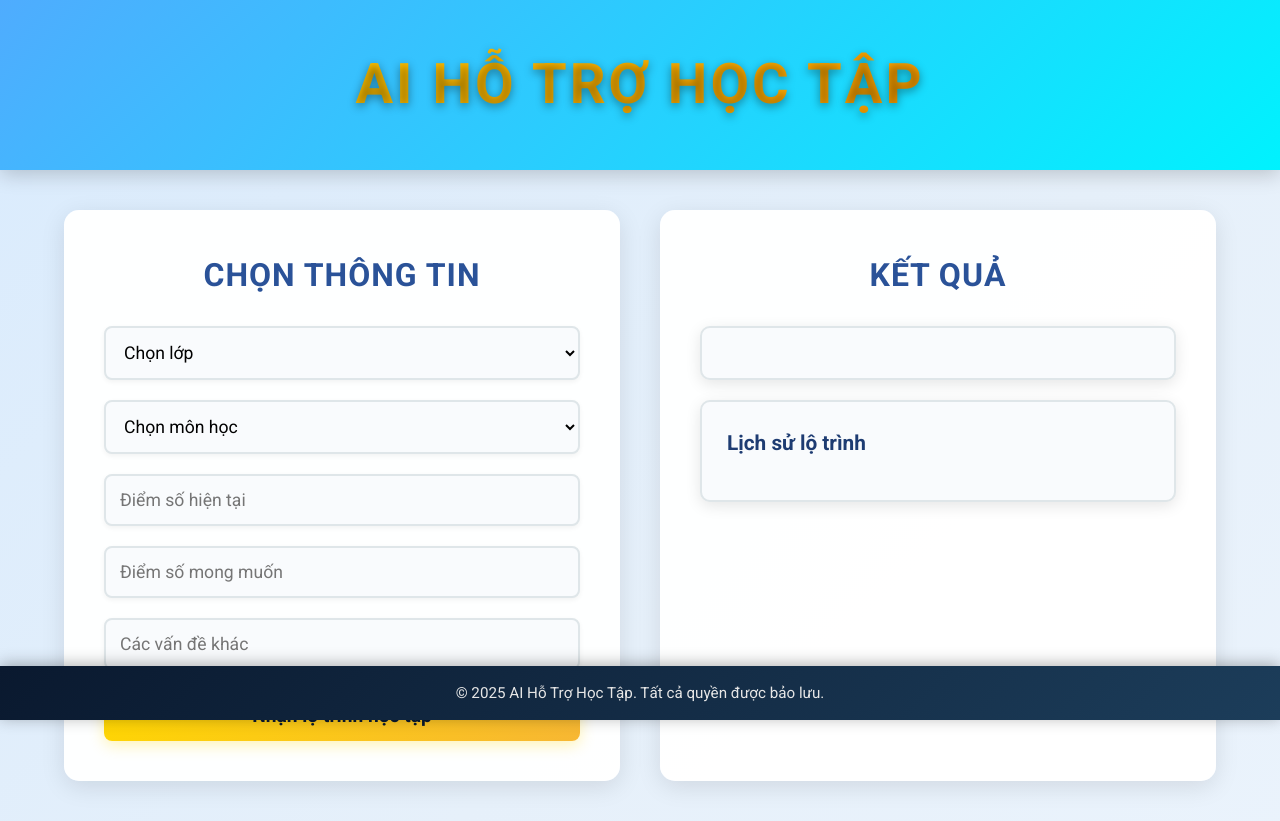
Repository: quankenda73/Prject_Final
Page: INDEX/lotrinhhoctap.html
These files come from the project's save history. The page is drawn as it stood at one moment and after the next save; the edit follows.
The browser window is 1280 px wide. The pictures show the whole page.

Above is the page before, as saved 2025-03-24 12:36:25.

After the next save:
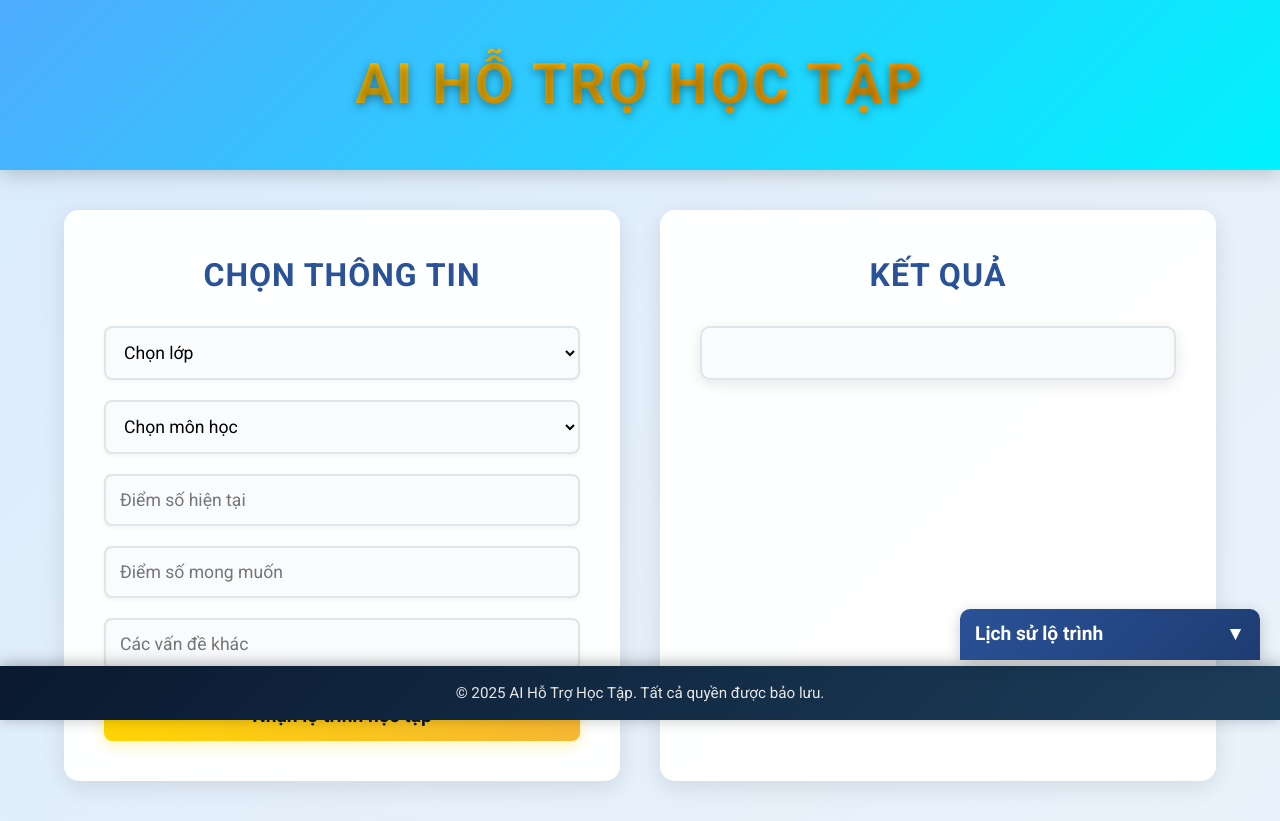
Saved 3 min 46 s later.
--- a/INDEX/lotrinhhoctap.html
+++ b/INDEX/lotrinhhoctap.html
@@ -188,23 +188,65 @@
 
         /* History */
         .history {
-            margin-top: 20px;
-            padding: 25px;
-            background: #f9fbfd;
-            border: 2px solid #dfe6e9;
+            position: fixed;
+            bottom: 60px; /* Cách footer 60px */
+            right: 20px;
+            width: 300px;
+            background: rgba(255, 255, 255, 0.98);
             border-radius: 10px;
-            box-shadow: 0 4px 15px rgba(0, 0, 0, 0.1);
-            font-size: 1.1rem;
-            line-height: 1.6;
-            color: #2c3e50;
-            max-height: 200px;
+            box-shadow: 0 4px 15px rgba(0, 0, 0, 0.2);
+            z-index: 100;
+            transition: all 0.3s ease;
+        }
+
+        .history-header {
+            background: linear-gradient(135deg, #2a5298, #1e3c72);
+            color: #fff;
+            padding: 10px 15px;
+            border-radius: 10px 10px 0 0;
+            display: flex;
+            justify-content: space-between;
+            align-items: center;
+            cursor: pointer;
+        }
+
+        .history-header h3 {
+            font-size: 1.2rem;
+            font-weight: 600;
+            margin: 0;
+        }
+
+        .history-header .toggle-btn {
+            font-size: 1.2rem;
+            transition: transform 0.3s ease;
+        }
+
+        .history-content {
+            max-height: 0;
+            overflow: hidden;
+            transition: max-height 0.3s ease;
+            padding: 0 15px;
+        }
+
+        .history.expanded .history-content {
+            max-height: 300px; /* Chiều cao tối đa khi mở */
             overflow-y: auto;
-        }
-
-        .history h3 {
-            font-size: 1.3rem;
-            margin-bottom: 15px;
-            color: #1e3c72;
+            padding: 15px;
+        }
+
+        .history.expanded .toggle-btn {
+            transform: rotate(180deg);
+        }
+
+        .history-content p {
+            font-size: 0.95rem;
+            margin: 10px 0;
+            border-bottom: 1px solid #dfe6e9;
+            padding-bottom: 5px;
+        }
+
+        .history-content p:last-child {
+            border-bottom: none;
         }
 
         /* Error */
@@ -260,6 +302,7 @@
             box-shadow: 0 -2px 15px rgba(0, 0, 0, 0.3);
             font-size: 0.95rem;
             font-weight: 300;
+            z-index: 50;
         }
 
         /* Animations */
@@ -309,10 +352,15 @@
                 font-size: 1.1rem;
             }
 
-            .response,
-            .history {
+            .response {
                 padding: 20px;
                 font-size: 1rem;
+            }
+
+            .history {
+                width: 90%;
+                right: 5%;
+                bottom: 50px;
             }
 
             footer {
@@ -395,8 +443,15 @@
         <div class="result-container">
             <h2>Kết Quả</h2>
             <div class="response" id="response"></div>
-            <div class="history" id="history"></div>
         </div>
+    </div>
+
+    <div class="history" id="history">
+        <div class="history-header" onclick="toggleHistory()">
+            <h3>Lịch sử lộ trình</h3>
+            <span class="toggle-btn">▼</span>
+        </div>
+        <div class="history-content" id="history-content"></div>
     </div>
 
     <footer>
@@ -439,11 +494,18 @@
 
         function displayHistory() {
             const history = JSON.parse(localStorage.getItem('studyPlans')) || [];
-            const historyDiv = document.getElementById('history');
-            historyDiv.innerHTML = '<h3>Lịch sử lộ trình</h3>';
+            const historyContent = document.getElementById('history-content');
+            historyContent.innerHTML = '';
+            // Sắp xếp từ mới nhất đến cũ nhất
+            history.sort((a, b) => new Date(b.date) - new Date(a.date));
             history.forEach(item => {
-                historyDiv.innerHTML += `<p><strong>${item.date}</strong>: ${item.plan}</p>`;
+                historyContent.innerHTML += `<p><strong>${item.date}</strong>: ${item.plan}</p>`;
             });
+        }
+
+        function toggleHistory() {
+            const history = document.getElementById('history');
+            history.classList.toggle('expanded');
         }
 
         async function getStudyPlan() {
